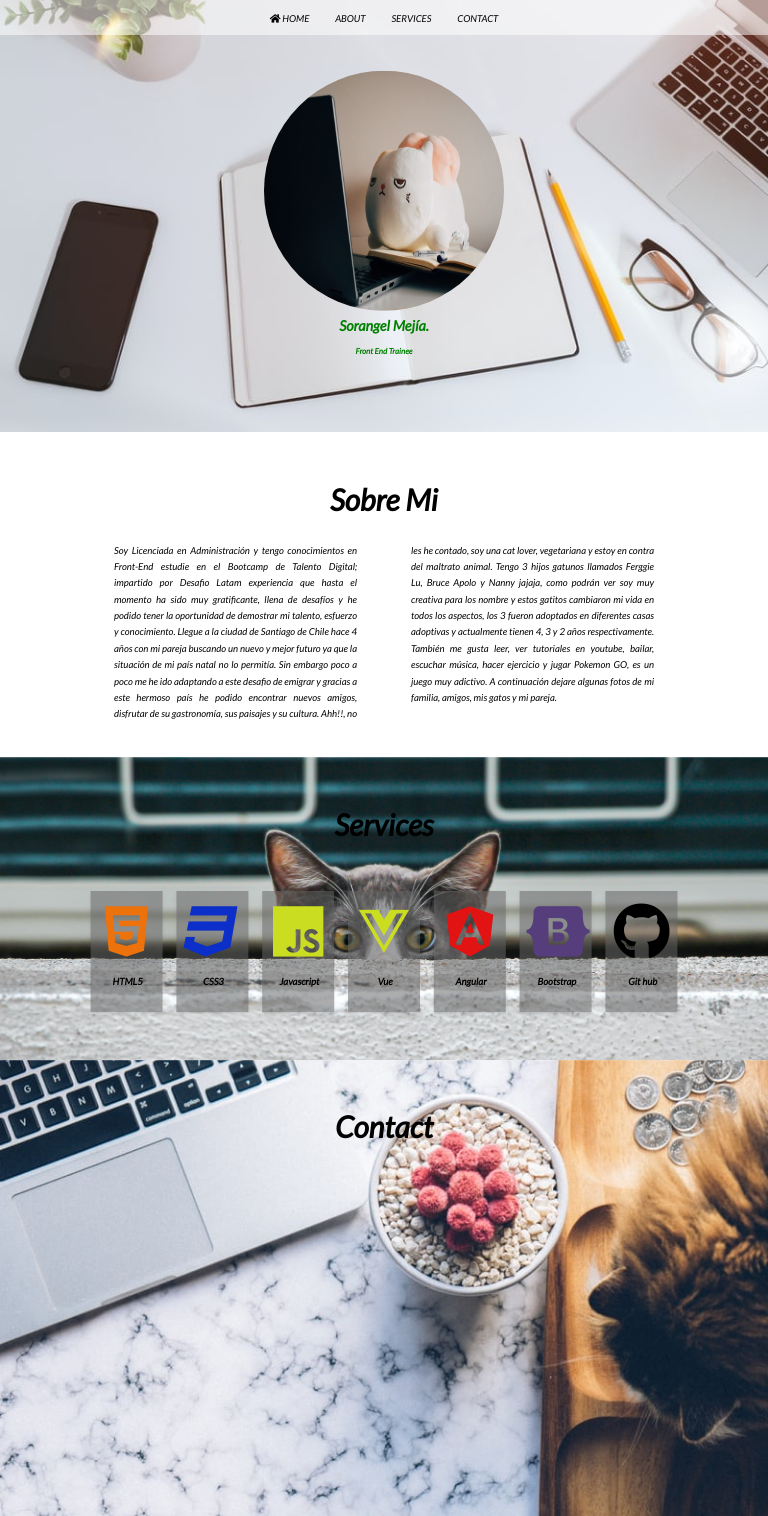
Repository: sory2311/portfolio-css
Page: index.html
The author's editor kept a copy of each file at every save. The page is drawn from the files as they stood at one save, then again after the next save.
The browser window is 1280 px wide. The pictures show the whole page, at 60% of full size.
Backgrounds fixed to the window are drawn as part of the page. Some web libraries are served in a nearby version.

Above is the page before, as saved 2021-05-27 14:35:55.

After the next save:
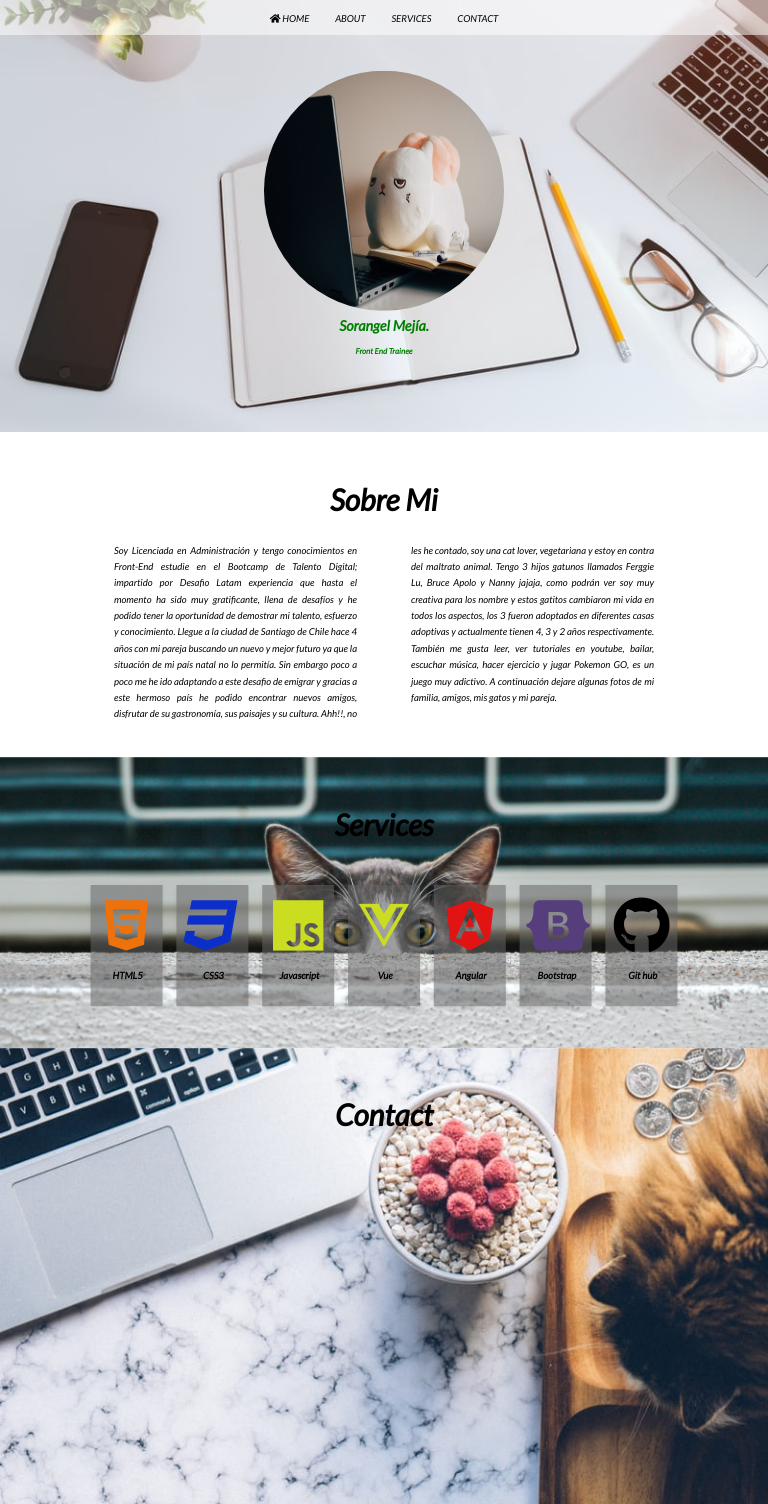
Saved 2 min 4 s later.
--- a/css/style.css
+++ b/css/style.css
@@ -145,7 +145,7 @@
      background-color: #66666688;
      box-shadow: 0 4px 8px 0 #00000011;
      display: inline-block;
-     margin: 40px 10px;
+     margin: 30px 10px;
      padding: 20px 10px;
      width: 100px;
      text-align: center;
